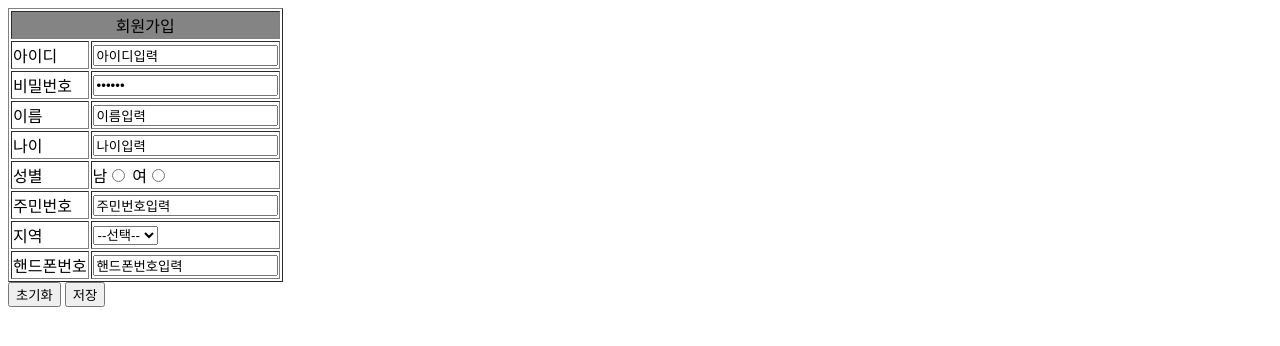
Repository: gunvv00/Java_practice
Page: html_work/html01/WebContent/goods.html
An editor plug-in stored every save of this project. The page is shown before and after the next save, followed by the edit.
The browser window is 1280 px wide. The pictures show the whole page.

Above is the page before, as saved 2020-01-02 06:42:06.

### html_work/html01/WebContent/goods.html
<!DOCTYPE html>
<html>
<head>
<meta charset="UTF-8">
<title>Insert title here</title>
</head>
<body>
	<TABLE Border = 1 height = 100 >

	<tr>
		<td bgcolor = "#848484" align = center colspan = "2">회원가입</td>
	</tr>
	<tr>
		<td>아이디</td>
		<td><input type = "text" name="name" value = "아이디입력"></td>
	</tr>
	<tr>
		<td>비밀번호</td>
		<td><input type = "password" name="name" value = "비밀번호입력"></td>
	</tr>
	<tr>
		<td>이름</td>
		<td><input type = "text" name="name" value = "이름입력"></td>
	</tr>
	<tr>
		<td>나이</td>
		<td><input type = "text" name="age" value = "나이입력"></td>
	</tr>
	<tr>
		<td>성별</td>
		<td>남<input type = "radio" name="gender"/>
			여<input type = "radio" name="gender"/>
		</td>
	</tr>
	<tr>
		<td>주민번호</td>
		<td><input type = "text" name="jumin" value = "주민번호입력"></td>
	</tr>
	<tr>
		<td>지역</td>
		<td>
		<select name = "location">
		<option value="">--선택--</option>
		<option value="j1">서울</option>
		<option value="j2">경기도</option>
		<option value="j3">전라도</option>
		<option value="j3">충청도</option>
		<option value="j3">경상도</option>
		<option value="j3">제주</option>
		</select>
		</td>
	</tr>
	<tr>
		<td>핸드폰번호</td>
		<td><input type = "text" name="phonenumber" value = "핸드폰번호입력"></td>
	</tr>
	</TABLE>
	<input type = "reset" value="초기화"/>
	<input type = "submit" value = "저장"/>

</body>
</html>

After the next save:
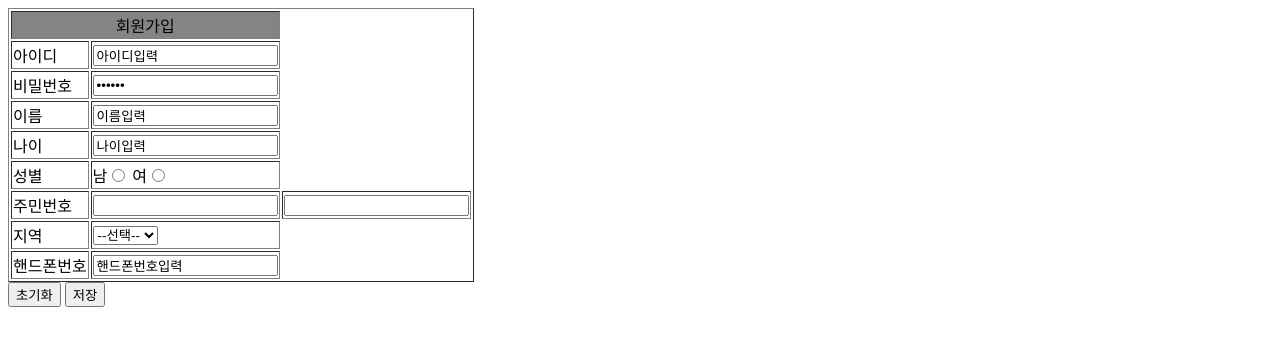
Saved 71 s later.
--- a/html_work/html01/WebContent/goods.html
+++ b/html_work/html01/WebContent/goods.html
@@ -34,7 +34,9 @@
 	</tr>
 	<tr>
 		<td>주민번호</td>
-		<td><input type = "text" name="jumin" value = "주민번호입력"></td>
+		<td><input type = "text" name="jumin" value = "">
+		<td><input type = "password" name="jumin" value = ""></td>
+		</td>
 	</tr>
 	<tr>
 		<td>지역</td>
